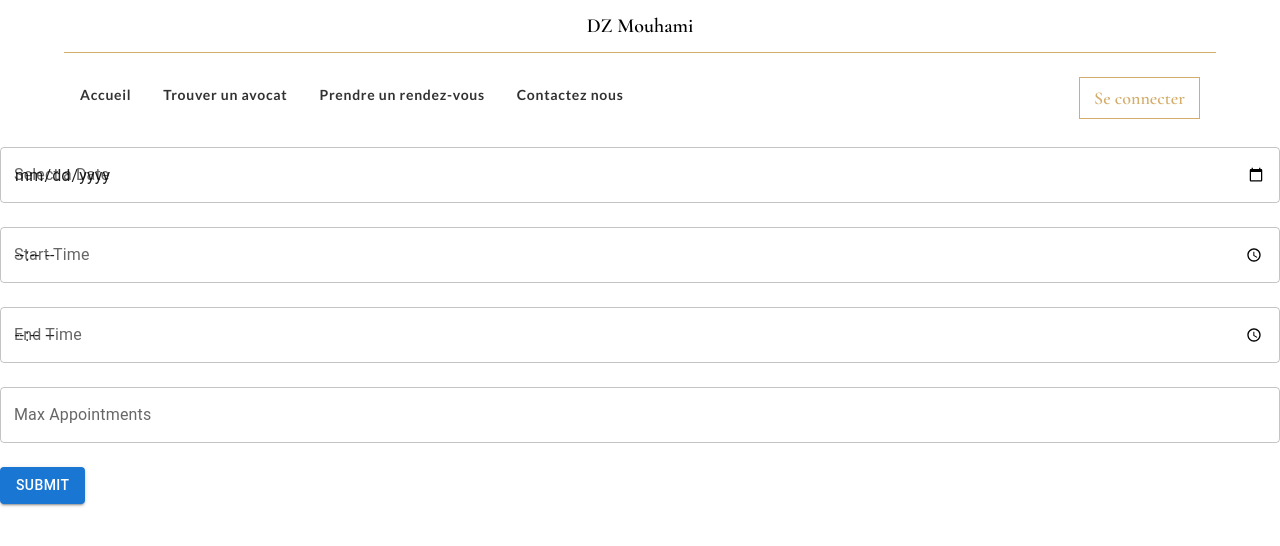
Repository: Chekrouba-Tinhinane/Mohami_dz
Page: /Available (app in client/)
These files come from the project's save history. The page is drawn as it stood at one moment and after the next save; the edit follows.
The browser window is 1280 px wide. The pictures show the whole page.
The page's requests for data from a server got no answer. The project was rebuilt for these pictures with package versions that can differ from the ones it lists, and the page was loaded fresh each time. No one was signed in, and anything a server would have sent is missing. Also part of the build but not shown: client/vite.config.js, client/src/components/super/Footer.jsx, client/src/LandingPage.jsx, client/src/SignIn.jsx, client/src/components/Selector.jsx, client/src/components/SearchContainer.jsx, client/src/components/LawyerCard.jsx, client/src/components/SearchBar.jsx and 13 more.

Above is the page before, as saved 2024-01-28 13:03:39.

### client/index.html
<!doctype html>
<html lang="en">
  <head>
    <meta charset="UTF-8" />
    <link rel="icon" type="image/svg+xml" href="/vite.svg" />
    <meta name="viewport" content="width=device-width, initial-scale=1.0" />
    <title>Mouhami DZ</title>
  </head>
  <body>
    <div id="root"></div>
    <script type="module" src="/src/App.jsx"></script>
  </body>
</html>

### client/src/App.jsx
import React, { useState, createContext, useContext, useEffect } from "react";
import { createRoot } from "react-dom/client";
import { BrowserRouter, Routes, Route } from "react-router-dom";
import "./index.css";
import LandingPage from "./LandingPage";
import SignIn from "./SignIn";
import Search from "./Search";
import HomeLayout from "./components/super/HomeLayout";
import Profile from "./components/Profile";
import ResultsPage from "./ResultsPage";
import SignUp from "./components/SignUp";
import maria from "./assets/maria/maria.jpg";
import ClientSignIn from "./ClientSignIn";
import AvailabilityForm from "./AvailabilityForm";
import axios from "axios";
import OwnProfile from "./OwnProfile";

const UserDataContext = createContext();

const App = () => {
  const [lawyers, setLawyers] = useState([]);

  useEffect(() => {
    const fetchLawyers = async () => {
      try {
        const response = await axios.get(
          "http://192.168.137.210:8000/avocat/avocat_list"
        );
        console.log(response.data);
        setLawyers(response.data);
      } catch (error) {
        console.error("Error fetching lawyers:", error);
      }
    };

    fetchLawyers(); // Call fetchLawyers when the component mounts
  }, []); // Empty dependency array ensures fetchLawyers is called only onc

  const [userData, setUserData] = useState(null);

  return (
    <UserDataContext.Provider value={{ userData, setUserData }}>
      <BrowserRouter>
        <Routes>
          <Route path={"/"} element={<LandingPage />} />
          <Route
            path={"/profile/:id"}
            element={
              <HomeLayout pageComponent={<Profile lawyers={lawyers} />} />
            }
          />
          <Route
            path={"/SelfProfile"}
            element={
              <HomeLayout
                pageComponent={
                  <OwnProfile
                    lawyer={{
                      avocat: {
                        siteweb: "google.com",
                        photo: "string",
                        ville: "jijel",
                        verified: false,
                        first_name: "BENBATTOUCHE",
                        region: "jijel",
                        id_speciality: 25,
                        id: 1,
                        codepostal: "18000",
                        last_name: "FOUAD TAREK",
                        password: "password",
                        email: "BENBATTOUCHE1@gmail.com",
                        langue: "arabic",
                        telephone: "1",
                        latitude: 0,
                        longitude: 0,
                      },
                      speciality_name: "Droit de l'immigration",
                    }}
                  />
                }
              />
            }
          />

          <Route path={"/ClientSignin"} element={<ClientSignIn />} />

          <Route
            path={"/Search"}
            element={
              <HomeLayout
                pageComponent={
                  <Search lawyers={lawyers} setLawyers={setLawyers} />
                }
              />
            }
          />
          <Route
            path={"/Available"}
            element={<HomeLayout pageComponent={<AvailabilityForm />} />}
          />
          <Route path={"/Signin"} element={<SignIn />} />
          {/*  <Route
          path={"/Schedule"}
          element={<HomeLayout pageComponent={<Schedule />} />}
        />


        <Route
          path={"/profile/:id"}
          element={<HomeLayout pageComponent={<Profile />} />}
        /> */}
          <Route
            path={"/SignUp"}
            element={<HomeLayout pageComponent={<SignUp />} />}
          />
        </Routes>
      </BrowserRouter>
    </UserDataContext.Provider>
  );
};

export const useUserData = () => useContext(UserDataContext);

export default App;

const root = createRoot(document.getElementById("root"));
root.render(<App />);

### client/src/index.css
@import url("https://fonts.googleapis.com/css2?family=Cormorant+Garamond:wght@300;400;500;600;700&family=Lato:wght@100;300;400;700;900&display=swap");

@tailwind base;
@tailwind components;
@tailwind utilities;

@layer base {
  a {
    @apply cursor-pointer;
  }
  h1 {
    @apply text-[50px] font-bold;
  }
  h2 {
    @apply text-[2.5rem] font-bold;
  }
  p {
  }
  h3 {
  }
  h4 {
    @apply text-[1rem] font-semibold;
  }
  textarea {
  }
  input {
  }
  select {
  }
}

* {
  /*font-family: 'Cormorant Garamond', serif; */
  font-family: "Lato", sans-serif;
  box-sizing: border-box;
  padding: 0;
  margin: 0;
}

.recursive {
  font-family: "Cormorant Garamond", serif;
}

.nav-item::after {
  content: "";
  display: block;
  width: 0;
  height: 2px;
  margin-top: 5px;
  background-color: rgb(212, 173, 107);
  transition: width 0.4s;
}

.nav-item:hover::after {
  width: 100%;
}

### client/src/components/super/HomeLayout.jsx
import React, { useState } from "react";
import NavBar from "./NavBar";

const HomeLayout = ({ pageComponent }) => {
  const navLinks = [
    { label: "Accueil", id: "about", offset: -50 },
    { label: "Trouver un avocat", id: "hero", offset: 0 },
    { label: "Prendre un rendez-vous", id: "appoint", offset: 50 },
    { label: "Contactez nous", id: "footer", offset: -100 }
  ];
  return (
    <div className=" flex flex-col min-h-screen items-center">
      <header className=" p-3 recursive border-b border-b-primary w-[90%] text-center font-semibold text-xl">
        {" "}
        DZ Mouhami{" "}
      </header>
      <NavBar links={navLinks} landing={true} />

      <div className={` w-full  `}>{pageComponent}</div>
    </div>
  );
};

export default HomeLayout;

### client/src/AvailabilityForm.jsx
import React from "react";
import { useFormik } from "formik";
import axios from "axios";
import { TextField, Button, Grid, Typography } from "@mui/material";

const initialValues = {
  DateInterval: "",
  HeureDebut: "",
  HeureFin: "",
  NbrMaxRdv: "",
  id_avocat: 1,
};

const validate = (values) => {
  const errors = {};
  if (!values.DateInterval) {
    errors.DateInterval = "Date is required";
  }
  if (!values.HeureDebut) {
    errors.HeureDebut = "Start time is required";
  }
  if (!values.HeureFin) {
    errors.HeureFin = "End time is required";
  }
  if (!values.NbrMaxRdv) {
    errors.NbrMaxRdv = "Max appointments is required";
  } else if (isNaN(values.NbrMaxRdv)) {
    errors.NbrMaxRdv = "Max appointments must be a number";
  }
  return errors;
};

const AvailabilityForm = () => {
  const formik = useFormik({
    initialValues,
    validate,
    onSubmit: async (values) => {
      try {
        const response = await axios.post(
          "http://192.168.137.210:8000/creneau/add_creneau",
          values
        );
        console.log("Response:", response.data);
        // Handle success response
      } catch (error) {
        console.error("Error:", error);
        // Handle error response
      }
    },
  });

  return (
    <Grid container spacing={2}>
      <Grid item xs={12}>
      </Grid>
      <Grid item xs={12}>
        <form className="space-y-6"  onSubmit={formik.handleSubmit}>
          <TextField
            fullWidth
            id="DateInterval"
            name="DateInterval"
            label="Select a Date"
            type="date"
            value={formik.values.DateInterval}
            onChange={formik.handleChange}
            error={formik.touched.DateInterval && Boolean(formik.errors.DateInterval)}
            helperText={formik.touched.DateInterval && formik.errors.DateInterval}
          />
          <TextField
            fullWidth
            id="HeureDebut"
            name="HeureDebut"
            label="Start Time"
            type="time"
            value={formik.values.HeureDebut}
            onChange={formik.handleChange}
            error={formik.touched.HeureDebut && Boolean(formik.errors.HeureDebut)}
            helperText={formik.touched.HeureDebut && formik.errors.HeureDebut}
          />
          <TextField
            fullWidth
            id="HeureFin"
            name="HeureFin"
            label="End Time"
            type="time"
            value={formik.values.HeureFin}
            onChange={formik.handleChange}
            error={formik.touched.HeureFin && Boolean(formik.errors.HeureFin)}
            helperText={formik.touched.HeureFin && formik.errors.HeureFin}
          />
          <TextField
            fullWidth
            id="NbrMaxRdv"
            name="NbrMaxRdv"
            label="Max Appointments"
            type="number"
            value={formik.values.NbrMaxRdv}
            onChange={formik.handleChange}
            error={formik.touched.NbrMaxRdv && Boolean(formik.errors.NbrMaxRdv)}
            helperText={formik.touched.NbrMaxRdv && formik.errors.NbrMaxRdv}
          />
          <Button className="" variant="contained" color="primary" type="submit">
            Submit
          </Button>
        </form>
      </Grid>
    </Grid>
  );
};

export default AvailabilityForm;

### client/src/components/super/NavBar.jsx
import { motion } from "framer-motion";
import { Link } from "react-router-dom";
import { Link as ScrollLink } from "react-scroll";

const NavBar = ({ links, landing }) => {
  return (
    <div
      whileHover={{ scale: 1, originX: 0, color: "#D4AD6B" }}
      transition={{ type: "tween", duration: 0.2 }}
      className={`  ${
        landing ? "px-20" : ""
      } flex items-center pt-6 mb-3 w-full justify-between `}
    >
      <motion.ul className="flex gap-[2rem] text-sm">
        {links.map((link, index) => (
          <motion.li
            key={index}
            whileHover={{ scale: 1, originX: 0, color: "#D4AD6B" }}
            transition={{ type: "tween", duration: 0.2 }}
            className="font-semibold opacity-80 tracking-wider cursor-pointer"
          >
            <ScrollLink
              to={link.id}
              spy={true}
              smooth={true}
              offset={link.offset}
              duration={500}
              className="nav-item"
            >
              {link.label}
            </ScrollLink>
          </motion.li>
        ))}
      </motion.ul>
      {landing && (
        <div className="flex gap-[1rem]">
          <Link
            to={"/SignIn"}
            href=""
            className="recursive flex items-center font-semibold text-primary border border-primary bg-white text-center text-lg py-1.5 px-3.5 hover:bg-opacity-70"
          >
            Se connecter
          </Link>
        </div>
      )}
    </div>
  );
};

export default NavBar;

### client/tailwind.config.js
/** @type {import('tailwindcss').Config} */
module.exports = {
  content: ["./src/**/*.{js,jsx,ts,tsx}"],
  theme: {
    extend: {
      colors: {
        lightBrown: "#FAF5EE",
        primary: "#D4AD6B",
        lightTypo: "#563D2B"
      },
    },
  },
  plugins: [],
};

After the next save:
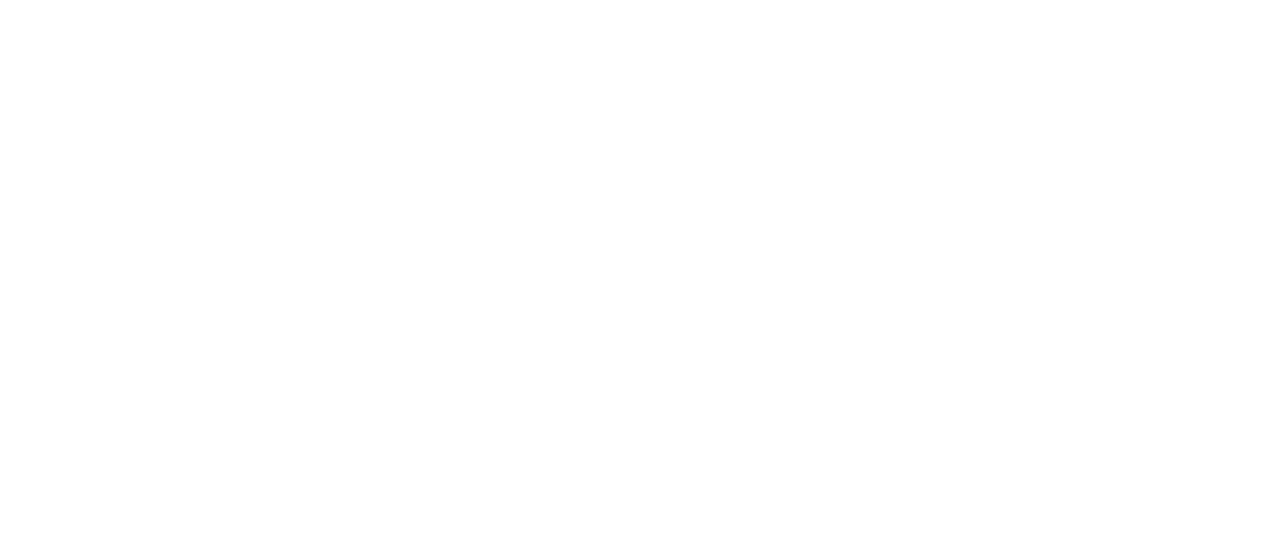
Console error: TypeError: Cannot read properties of undefined (reading 'dark')
Saved 4 s later.
--- a/client/src/AvailabilityForm.jsx
+++ b/client/src/AvailabilityForm.jsx
@@ -99,7 +99,7 @@
             error={formik.touched.NbrMaxRdv && Boolean(formik.errors.NbrMaxRdv)}
             helperText={formik.touched.NbrMaxRdv && formik.errors.NbrMaxRdv}
           />
-          <Button className="" variant="contained" color="primary" type="submit">
+          <Button className="" variant="contained" color="bg-primary" type="submit">
             Submit
           </Button>
         </form>

After the save that followed:
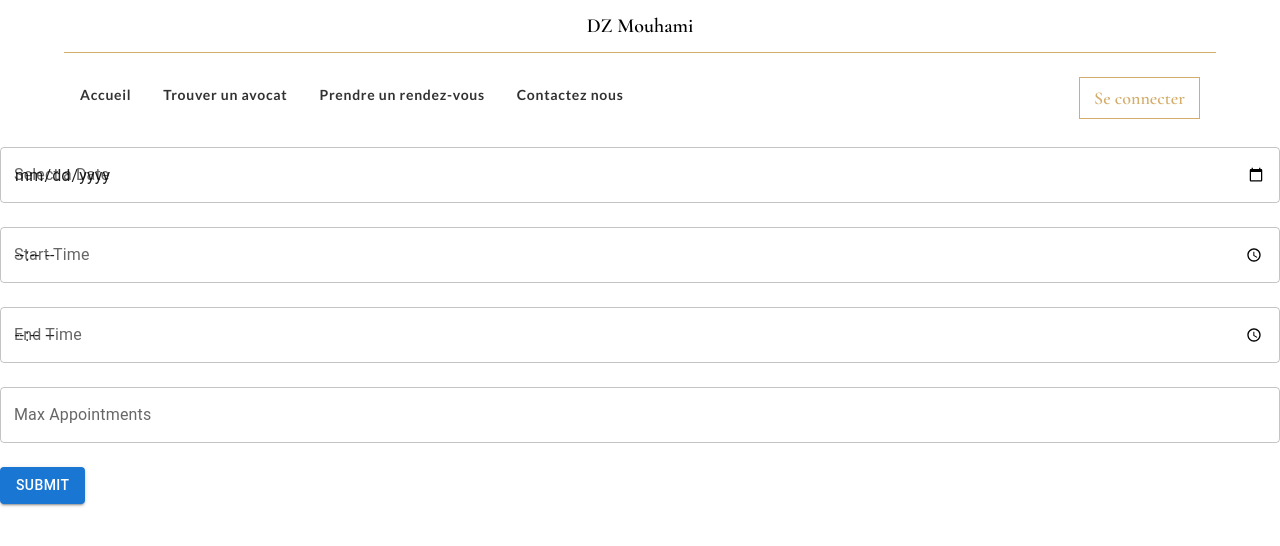
The error is gone.
Saved 5 s later.
--- a/client/src/AvailabilityForm.jsx
+++ b/client/src/AvailabilityForm.jsx
@@ -99,7 +99,7 @@
             error={formik.touched.NbrMaxRdv && Boolean(formik.errors.NbrMaxRdv)}
             helperText={formik.touched.NbrMaxRdv && formik.errors.NbrMaxRdv}
           />
-          <Button className="" variant="contained" color="bg-primary" type="submit">
+          <Button className="" variant="contained" color="primary" type="submit">
             Submit
           </Button>
         </form>
